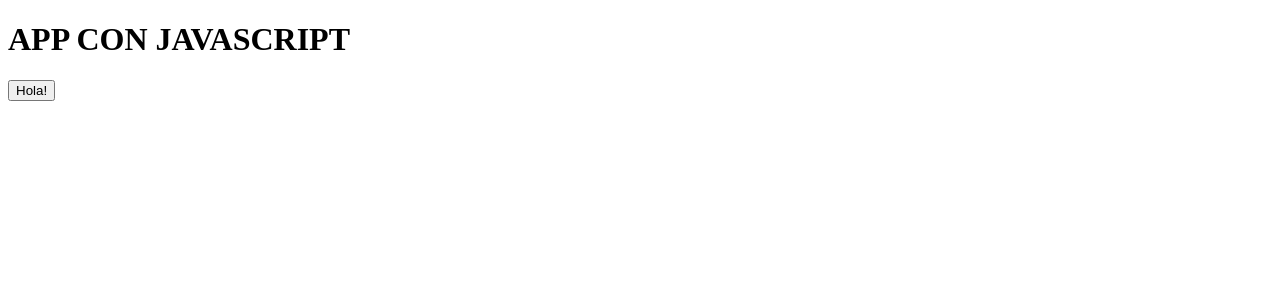
Repository: montsecg/nuclio-javascript-lecture-montse
Page: index.html
These files come from the project's save history. The page is drawn as it stood at one moment and after the next save; the edit follows.
The browser window is 1280 px wide. The pictures show the whole page.

Above is the page before, as saved 2021-04-15 18:48:40.

### index.html
<!DOCTYPE html>
<html lang="es">
<head> <!--tiene información sobre el documento-->
    <meta charset="UTF-8">
    <meta http-equiv="X-UA-Compatible" content="IE=edge">
    <meta name="viewport" content="width=device-width, initial-scale=1.0">
    <meta name="description" content="The description">
    <link rel="stylesheet" href="./styles.css">
    <title>APP CON JAVASCRIPT</title>
</head>
<body> <!--tiene contenido de la página-->

    <h1 class= "title">APP CON JAVASCRIPT</h1>
    <button>Ver mensaje</button>

<!-- siempre se escribre después de los elementos que se ven alterados por JAVASECRIPT-->
    <script src="./index.js"></script><!--Indexa los cambios que se encuentran el documento de JAVASCRIPT-->

</body>
</html>

### index.js
const button = document.querySelector("button");
button.innerText = "Hola!";
console.dir(button);

Loaded but not shown: styles.css (no stored copy; drawn as an empty file)

After the next save:
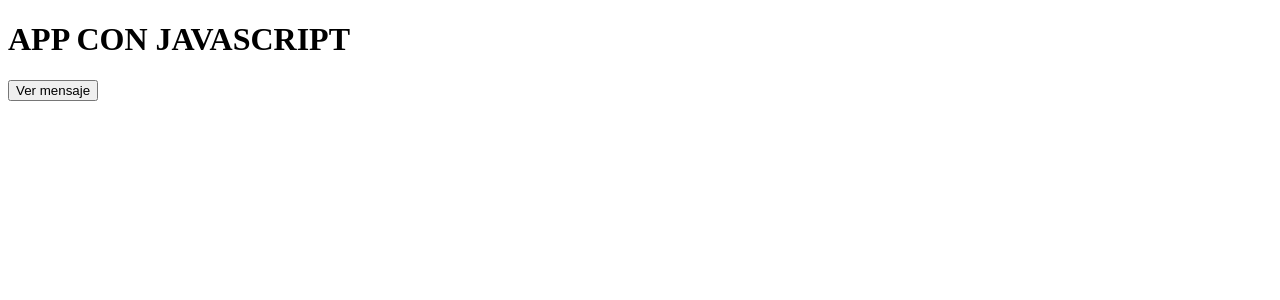
Saved 80 s later.
--- a/index.js
+++ b/index.js
@@ -1,3 +1 @@
 const button = document.querySelector("button");
-button.innerText = "Hola!";
-console.dir(button);

After the save that followed:
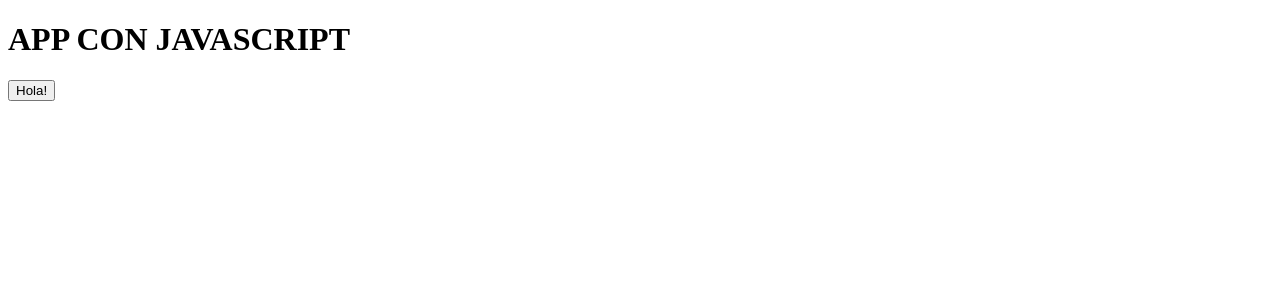
Saved 14 s later.
--- a/index.js
+++ b/index.js
@@ -1 +1,4 @@
 const button = document.querySelector("button");
+/*console.dir(button);*/
+
+button.innerText = "Hola!";
